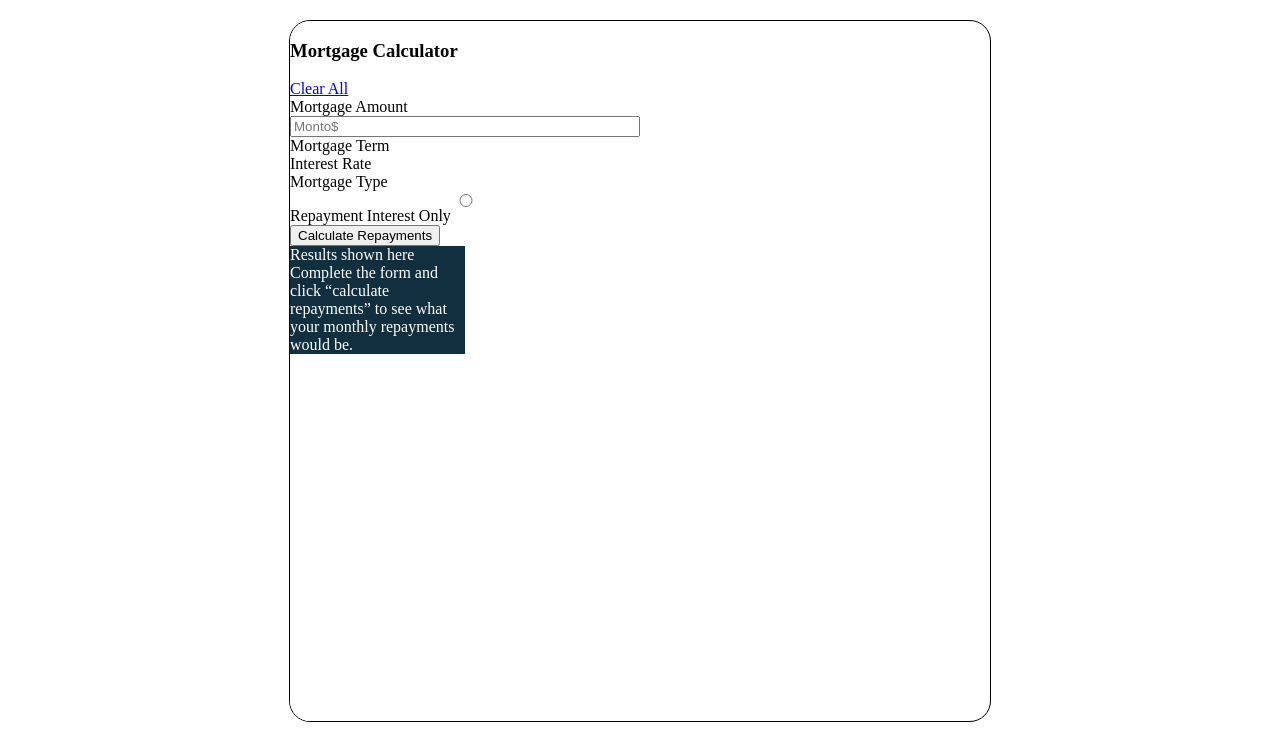
Repository: GravielPV/Mortgage-repayment-calculator
Page: index.html
An editor plug-in stored every save of this project. The page is shown before and after the next save, followed by the edit.
The browser window is 1280 px wide. The pictures show the whole page.

Above is the page before, as saved 2025-12-11 16:56:29.

### index.html
<!DOCTYPE html>
<html lang="en">
<head>
  <meta charset="UTF-8">
  <meta name="viewport" content="width=device-width, initial-scale=1.0"> <!-- displays site properly based on user's device -->

  <link rel="icon" type="image/png" sizes="32x32" href="./assets/images/favicon-32x32.png">
  <link rel="stylesheet" href="styles.css">
  <title>Frontend Mentor | Mortgage repayment calculator</title>


</head>
<body>
  <div class="carta">

    <div class="lado izquierdo">

 <h3> Mortgage Calculator </h3>
  <a href="#">Clear All</a>

  <label for="mortgage">Mortgage Amount</label>
<input type="text" name="mortgage" id="input-mortgage" placeholder="Monto$">
<label for="">Mortgage Term</label>
<label for=""> Interest Rate</label>
  <label for="">Mortgage Type</label>
  <input type="radio">
  Repayment
  Interest Only
    </input>
  <div class="boton">

    <button>Calculate Repayments</button>
  </div>

  <!-- Empty results start -->

  <div class="lado derecho">

  Results shown here

  Complete the form and click “calculate repayments” to see what
  your monthly repayments would be.
  </div>

  <!-- Empty results end -->

  <!-- Completed results start -->

  <div class="resultado">
  Your results

  Your results are shown below based on the information you provided.
  To adjust the results, edit the form and click “calculate repayments” again.

  Your monthly repayments

  Total you'll repay over the term
  </div>

  </div>

  <!-- Completed results end -->

</body>
</html>

### styles.css
.carta{
    width: 700px;
    height: 700px;
display: flex;
margin: 20px auto;
border-radius: 3%;
border: 1px solid rgb(0, 0, 0);
 overflow: hidden;
}

.lado{
    width: 50%;
    display: flex;
    flex-direction: column;
}

.izquierdo{
display: flex;
    background-color: rgb(255, 255, 255);
}

.derecho{

    background-color: hsl(202, 55%, 16%);
    color: white;
}

.resultado{
    display: none;
}

After the next save:
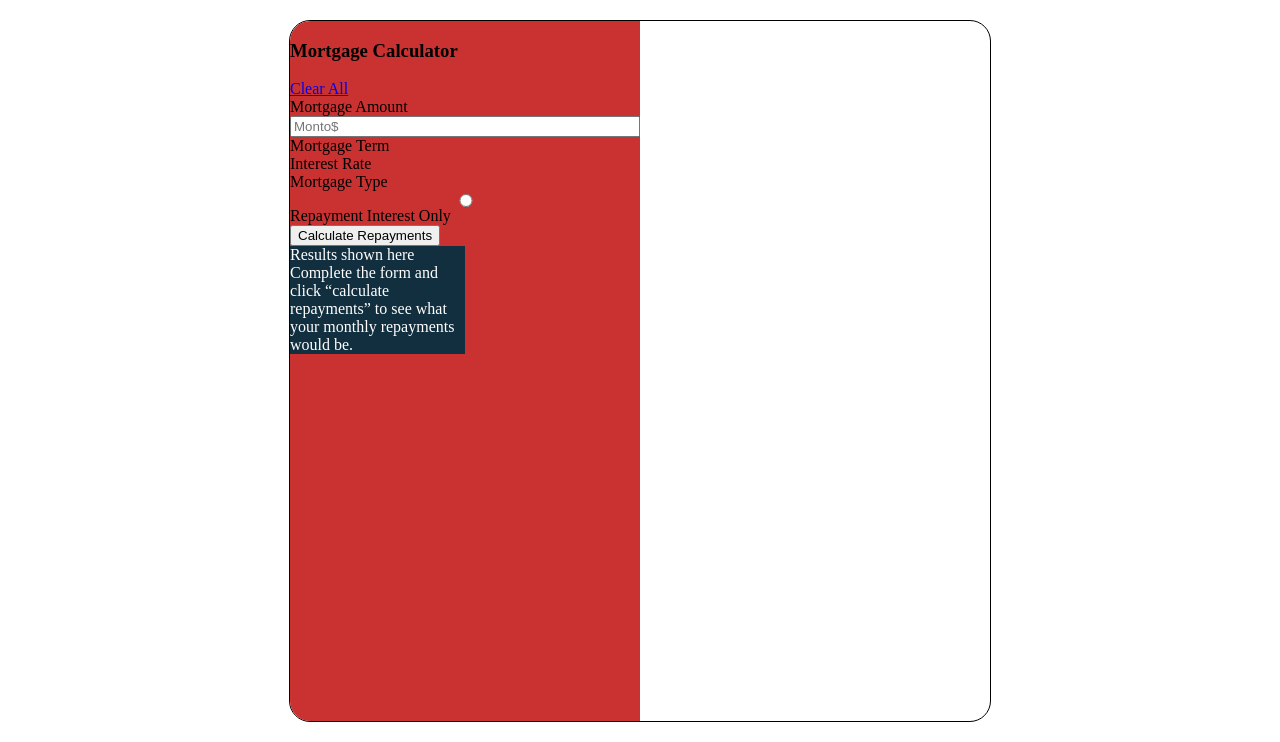
Saved 8 s later.
--- a/styles.css
+++ b/styles.css
@@ -16,7 +16,7 @@ border: 1px solid rgb(0, 0, 0);
 
 .izquierdo{
 display: flex;
-    background-color: rgb(255, 255, 255);
+    background-color: rgb(202, 49, 49);
 }
 
 .derecho{
